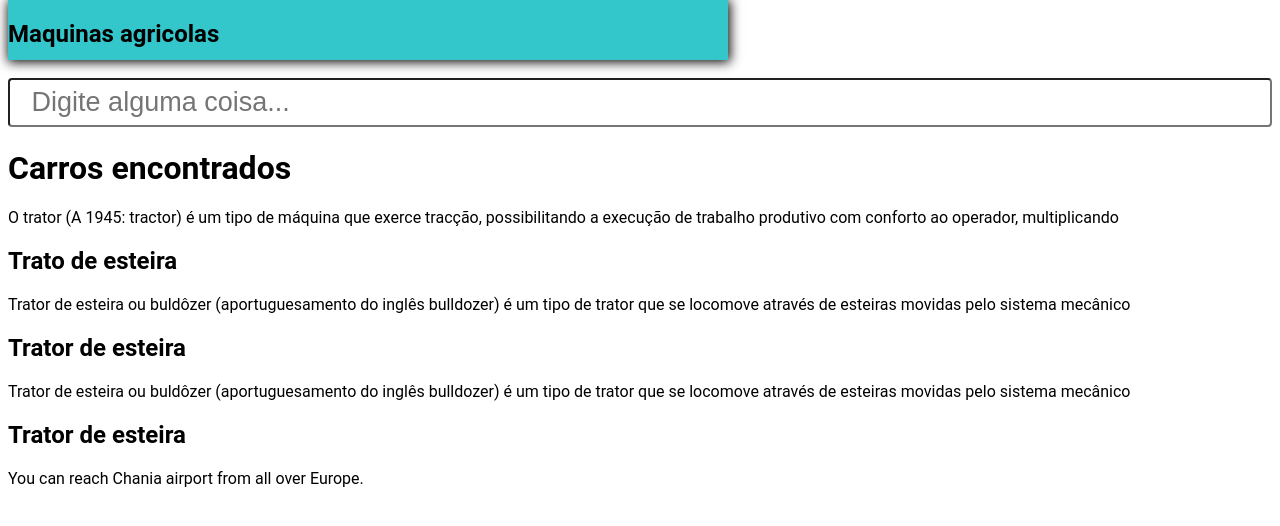
Repository: ecrseer/pesquisa-carros-html
Page: news.html
An editor plug-in stored every save of this project. The page is shown before and after the next save, followed by the edit.
The browser window is 1280 px wide. The pictures show the whole page.

Above is the page before, as saved 2022-01-21 16:33:06.

### news.html
<!doctype html>

<html lang="pt-br">
  <html lang="pt-br">
    <head>
        <meta charset="UTF-8"/>
        <meta name="viewport" content="width=device-width,
        initial-scale=1.0"/>
        <meta http-equiv="X-UA-Compatible" content="ie=edge">
        <title>Vendarro LTDA</title>

  <link rel="stylesheet" href="news.css">

</head>

<body>
    <nav class="header">
        <h1>Maquinas agricolas</h1>

      </nav>
      <div class="">
        <div class="espaco"></div>
        <div class="row">
               <input type="text" class="maxwidth borda-redonda"
               placeholder="Digite alguma coisa...">
        </div>


        <div class="row">
          <h1>Carros encontrados</h1>
          <p>O trator (A 1945: tractor) é um tipo de máquina que exerce tracção, possibilitando a execução de trabalho produtivo com conforto ao operador, multiplicando </p>
        </div>

        <div class="col-3 col-s-12">
          <div class="aside">
            <h2>Trato de esteira</h2>
            <p>Trator de esteira ou buldôzer (aportuguesamento do inglês bulldozer) é um tipo de trator que se locomove através de esteiras movidas pelo sistema mecânico</p>
            <h2>Trator de esteira</h2>
            <p>Trator de esteira ou buldôzer (aportuguesamento do inglês bulldozer) é um tipo de trator que se locomove através de esteiras movidas pelo sistema mecânico</p>
            <h2>Trator de esteira</h2>
            <p>You can reach Chania airport from all over Europe.</p>

          </div>
        </div>


      </div>

  <script src="scripts.js"></script>

</body>
</html>

### news.css
* {
    box-sizing: border-box;
    --topbar-altura:60px;
  }

  html {
    font-family: "Roboto","Lucida Sans", sans-serif;
  }
  .espaco{
    height: calc(var(--topbar-altura) + 10px);
  }
  .maxwidth{
    width: 100%;
  }
  .borda-redonda{
    border-radius: 4px;
  }
  input{
    padding: 1vh;
    padding-left: 3vh;
    font-size: 27px;
  }

  .header {
    background-color: #33c7cc;
    position: fixed;
    top:0;
    width: 100vh;
    max-height: var(--topbar-altura);
    box-shadow: 1px 1px 11px 1px;
  }

### scripts.js
function recurs(nmbr){

    if (nmbr==1)
    return 1;
    else
    arr.push(3*recurs(nmbr-1));
}

let
    isWhite = false,
    arr=[];
    let
    fixo=new Array(5);

    fixo[0]='E';
    fixo[4]='S';
    console.log(fixo);


function changeTheme(){
    isWhite ? document.querySelector("body").style.backgroundColor='#010101' :
    document.querySelector("body").style.backgroundColor='#fff';

    isWhite= !isWhite;

    function hapn(){
        console.log('data');
    }

    console.log(arr);
}

After the next save:
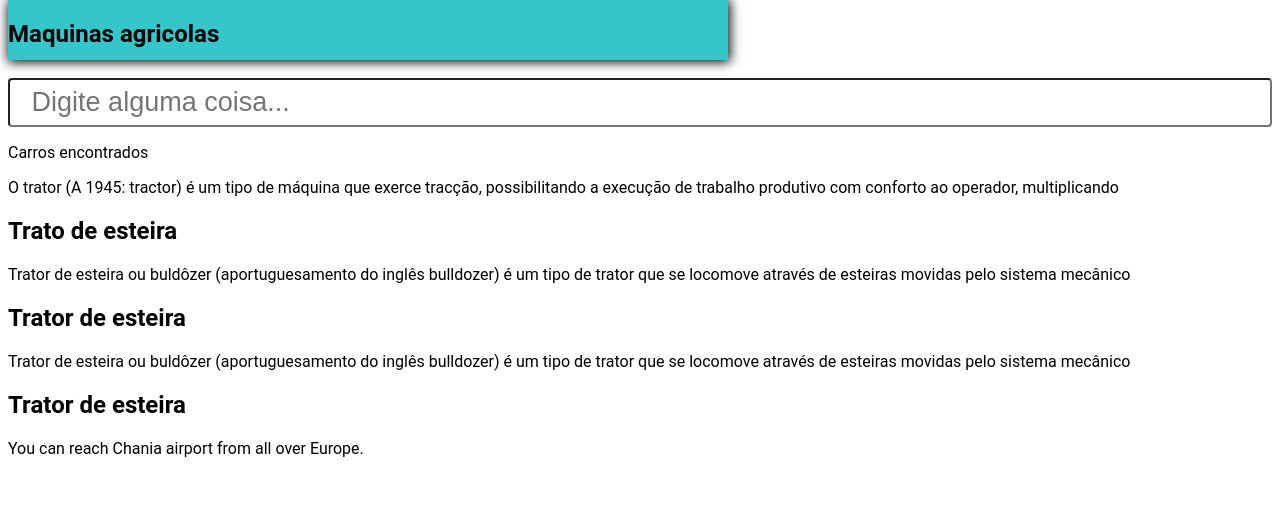
Saved 17 s later.
--- a/news.html
+++ b/news.html
@@ -27,7 +27,7 @@
 
 
         <div class="row">
-          <h1>Carros encontrados</h1>
+          <p>Carros encontrados</h1>
           <p>O trator (A 1945: tractor) é um tipo de máquina que exerce tracção, possibilitando a execução de trabalho produtivo com conforto ao operador, multiplicando </p>
         </div>
 
